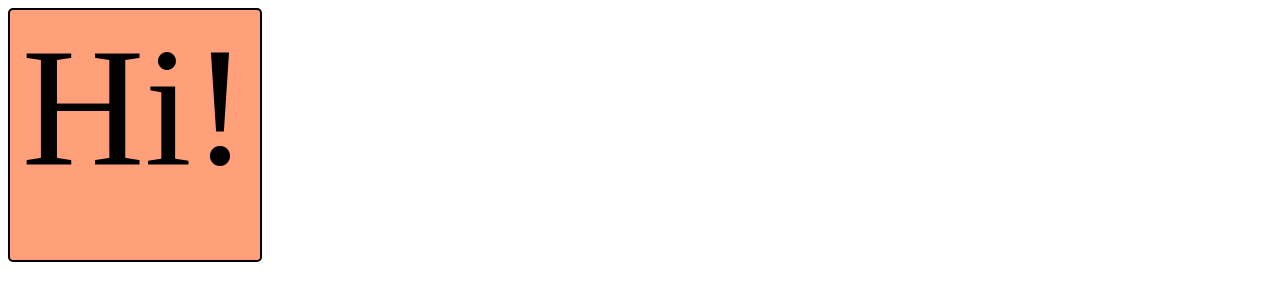
Repository: nottonofclay/csi_waymo
Page: animations/animations.html
These files come from the project's save history. The page is drawn as it stood at one moment and after the next save; the edit follows.
The browser window is 1280 px wide. The pictures show the whole page.
The pointer rests on the first visible `#box1`.

Above is the page before, as saved 2023-07-06 12:41:36.

### animations/animations.html
<!DOCTYPE html>
<html lang="en">
<head>
    <meta charset="UTF-8">
    <meta name="viewport" content="width=device-width, initial-scale=1.0">
    <title>Document</title>
    <link rel="stylesheet" href="animations.css">
</head>
<body>
    <div id="box1">Hi!</div>
</body>
</html>

### animations/animations.css
#box1 {
    border: 2px solid;
    border-radius: 5px;
    width: 250px;
    height: 250px;
    background: lightsalmon;
    font-size: 170px;
    text-align: center;

    /* animation: mySlide;
    animation-play-state: running;
    animation-iteration-count: infinite;
    animation-delay: 0;
    animation-timing-function: ease-out;
    animation-duration: 3s; */
    /* duration | time func | delay | iter count | playstate | name */
    animation: 3s linear 0s 10 running mySlide;
}

#box1:hover {
    animation: 1s ease-in-out 0s
}

@keyframes mySlide {
    from {margin-left: 0%}
    to {margin-left: 100%}
}

@keyframes myRotate {
    100%{transform: rotateX(360deg);}
}

After the next save:
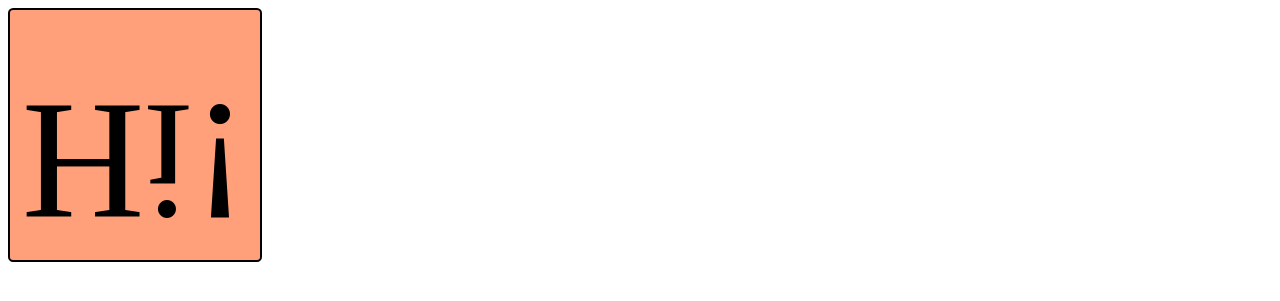
Saved 7 s later.
--- a/animations/animations.css
+++ b/animations/animations.css
@@ -18,7 +18,7 @@
 }
 
 #box1:hover {
-    animation: 1s ease-in-out 0s
+    animation: 1s ease-in-out 0s infinite running myRotate;
 }
 
 @keyframes mySlide {
